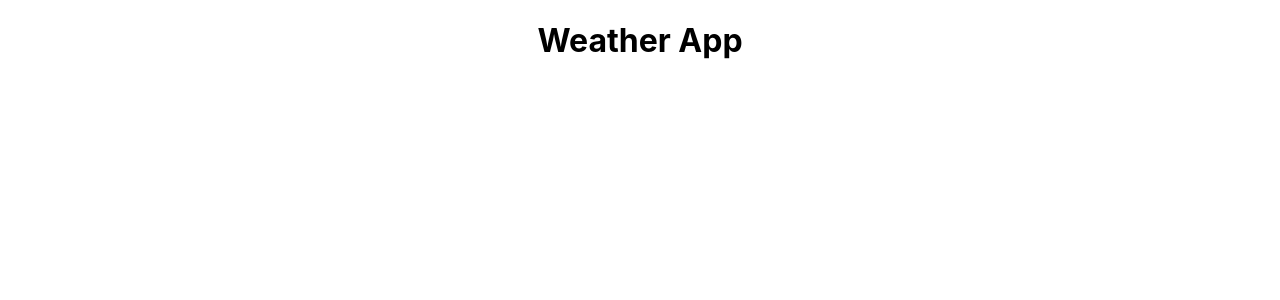
Repository: runner855/weather-app
Page: /
An editor plug-in stored every save of this project. The page is shown before and after the next save, followed by the edit.
The browser window is 1280 px wide. The pictures show the whole page.
The project was rebuilt for these pictures with package versions that can differ from the ones it lists, and the page was loaded fresh each time.

Above is the page before, as saved 2022-07-08 09:37:15.

### src/index.css
@import url("https://fonts.googleapis.com/css2?family=Abril+Fatface&display=swap");

body {
  margin: 0;
  font-family: -apple-system, BlinkMacSystemFont, "Segoe UI", "Roboto", "Oxygen",
    "Ubuntu", "Cantarell", "Fira Sans", "Droid Sans", "Helvetica Neue",
    sans-serif;
  -webkit-font-smoothing: antialiased;
  -moz-osx-font-smoothing: grayscale;
}

code {
  font-family: source-code-pro, Menlo, Monaco, Consolas, "Courier New",
    monospace;
}

### src/App.js
import './App.css';

function App() {
  return (
    <div className="App">
      <h1>Weather App</h1>

    </div>
  );
}

export default App;

Loaded but not shown: public/index.html (common file); src/index.js (common file); src/App.css (common file)

After the next save:
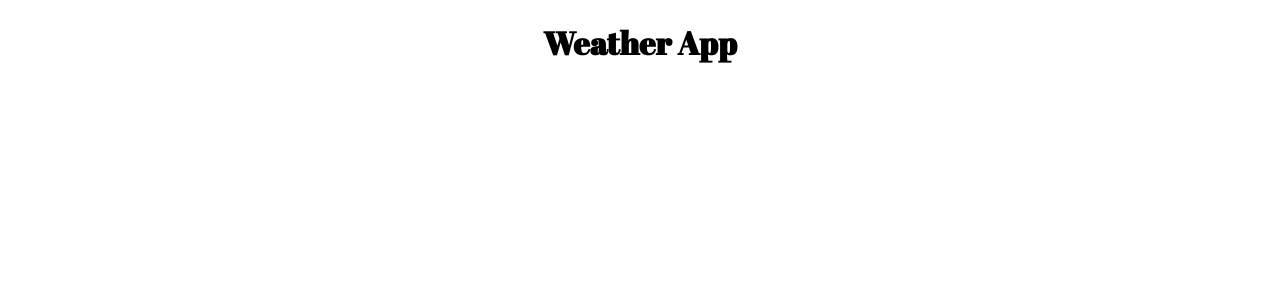
Saved 25 s later.
--- a/src/index.css
+++ b/src/index.css
@@ -2,9 +2,7 @@
 
 body {
   margin: 0;
-  font-family: -apple-system, BlinkMacSystemFont, "Segoe UI", "Roboto", "Oxygen",
-    "Ubuntu", "Cantarell", "Fira Sans", "Droid Sans", "Helvetica Neue",
-    sans-serif;
+  font-family: "Abril Fatface", cursive;
   -webkit-font-smoothing: antialiased;
   -moz-osx-font-smoothing: grayscale;
 }
